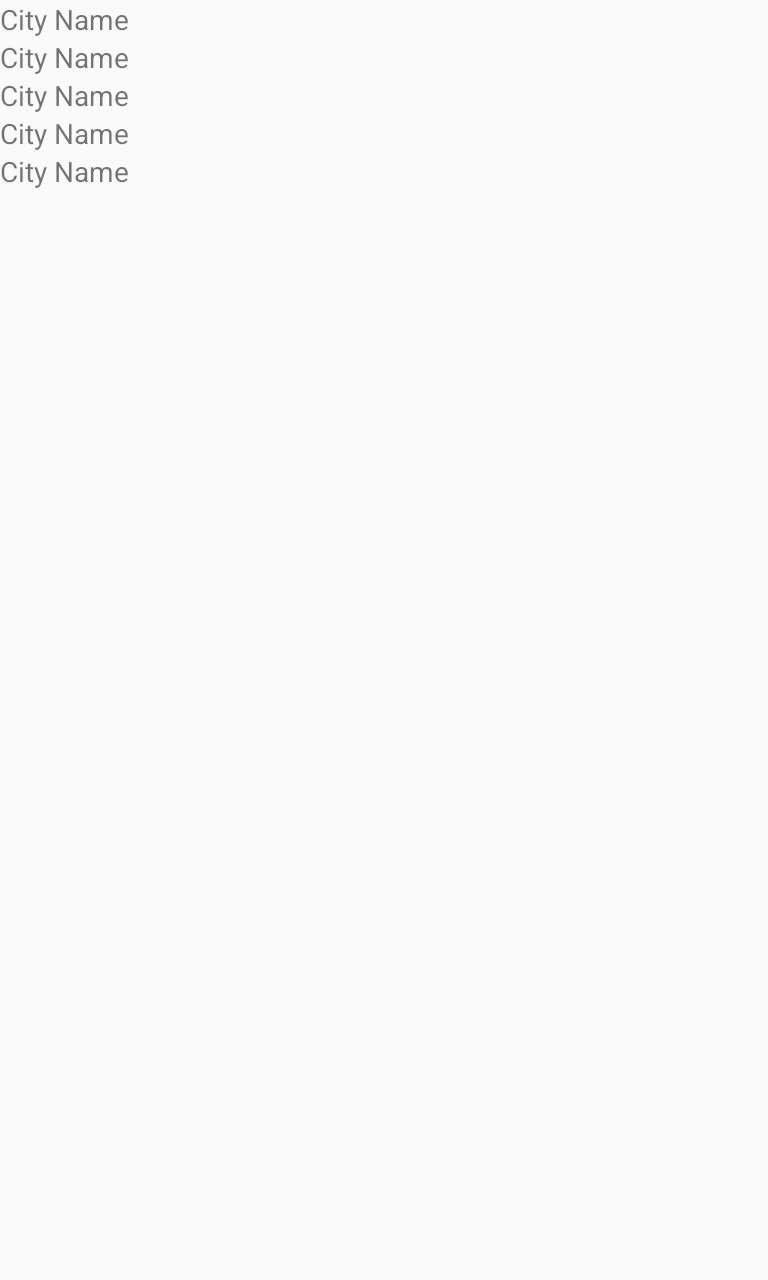
Repository: bhameamit/LeftShiftTask
Layout: LeftShiftTask/LeftShiftTak/res/layout/list_item.xml
The author's editor kept a copy of each file at every save. The layout is drawn from the files as they stood at one save, then again after the next save.
It is drawn on a 768 x 1280 px phone screen (xhdpi) without system bars, with theme AppTheme; the app's code is not run.

Above is the layout before, as saved 2015-02-22 09:24:32.

After the next save:
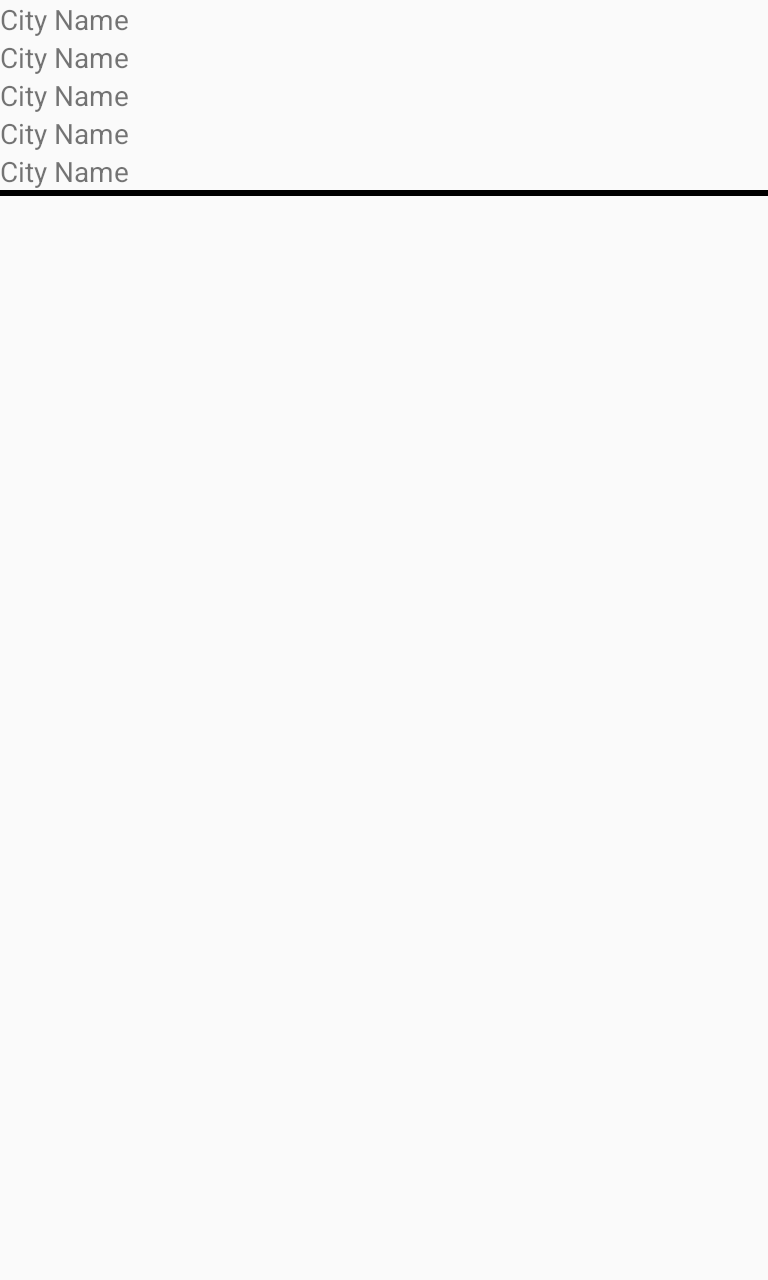
Saved 16 s later.
--- a/LeftShiftTask/LeftShiftTak/res/layout/list_item.xml
+++ b/LeftShiftTask/LeftShiftTak/res/layout/list_item.xml
@@ -34,4 +34,11 @@
         android:layout_height="wrap_content"
         android:text="City Name" />
 
+    <LinearLayout
+        android:layout_width="match_parent"
+        android:layout_height="3dp"
+        android:orientation="vertical"
+        android:background="@android:color/black" >
+    </LinearLayout>
+
 </LinearLayout>
